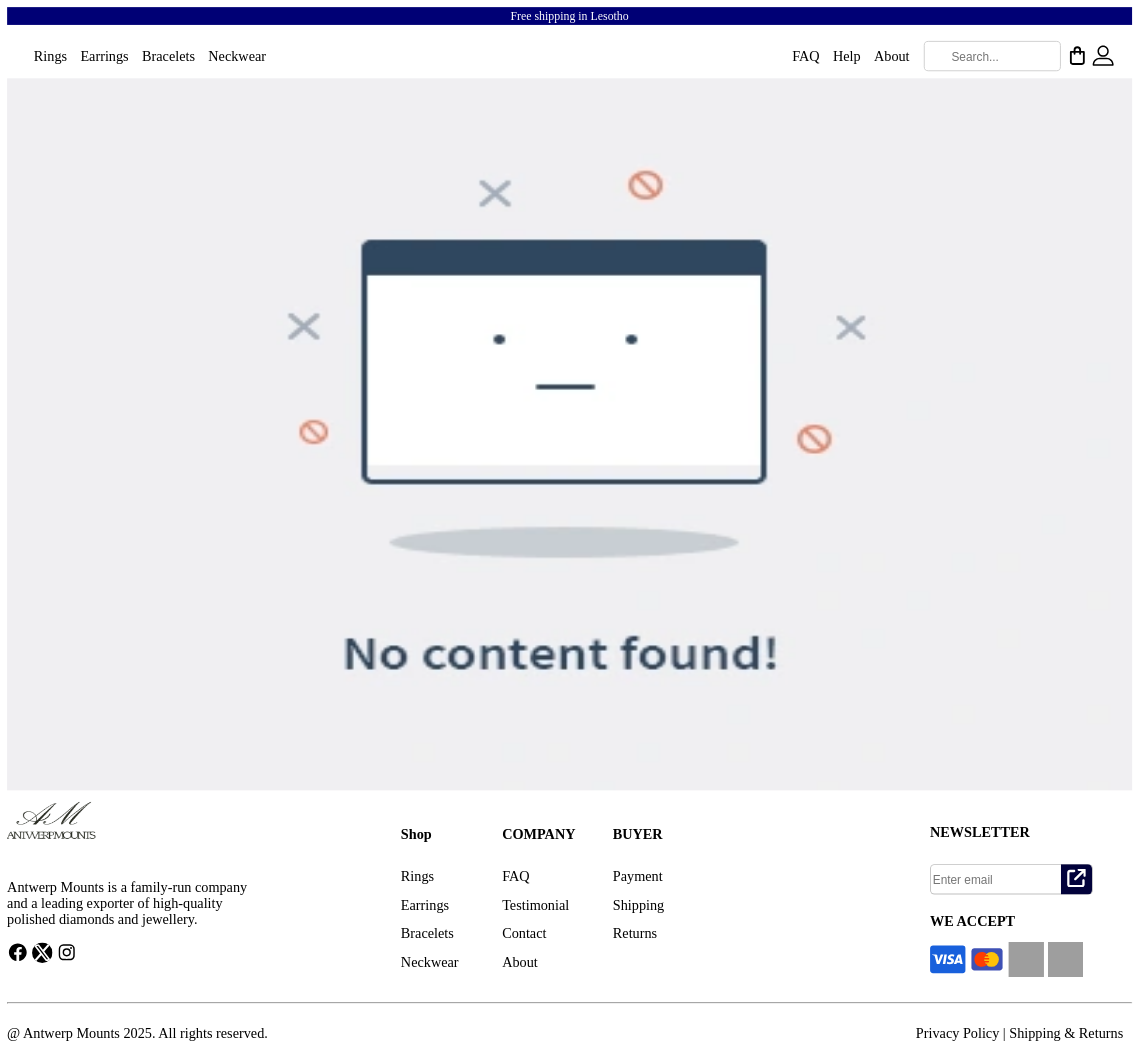
Repository: kea-0424/Web-Development-Project-1
Page: First_collaboration/JewelarySite.html
An editor plug-in stored every save of this project. The page is shown before and after the next save, followed by the edit.
The browser window is 1280 px wide. The pictures show the whole page, at 89% of full size.
Pictures or frames that could not be fetched are drawn as grey boxes.

Above is the page before, as saved 2025-01-23 10:52:38.

After the next save:
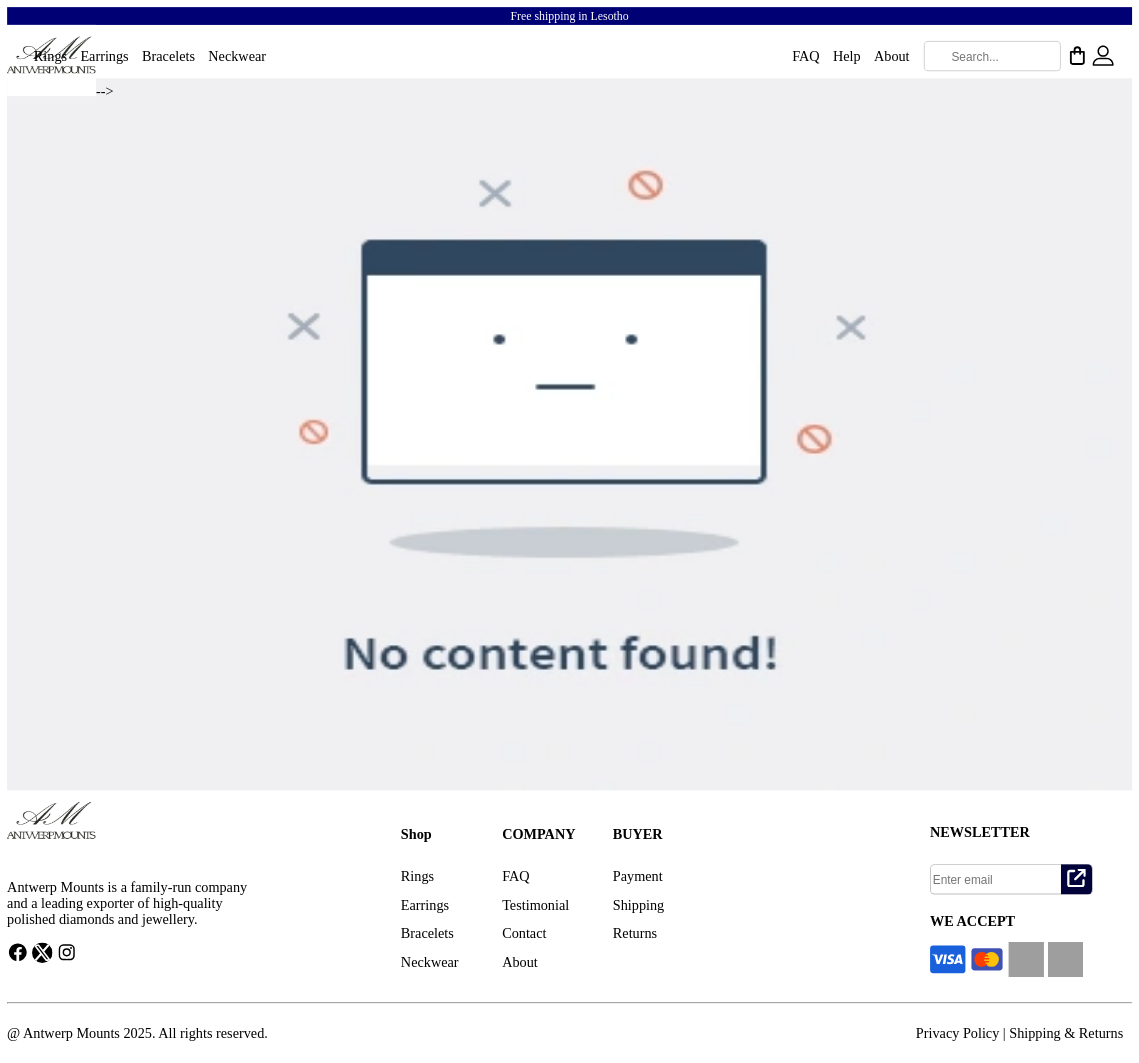
Saved 26 s later.
--- a/First_collaboration/JewelarySite.html
+++ b/First_collaboration/JewelarySite.html
@@ -20,7 +20,7 @@
                 </ul>
 
             <div class="logo_container">
-<!--<img src="./Main_Logo.png" alt="Logo" class="main_logo" id="Nav_logo">-->
+<img src="./Main_Logo.png" alt="Logo" class="main_logo" id="Nav_logo">-->
             </div>
                 <ul class="navigations" id="left_nav">
                     <li class="navbar_links"><a href="#">FAQ</a></li>
